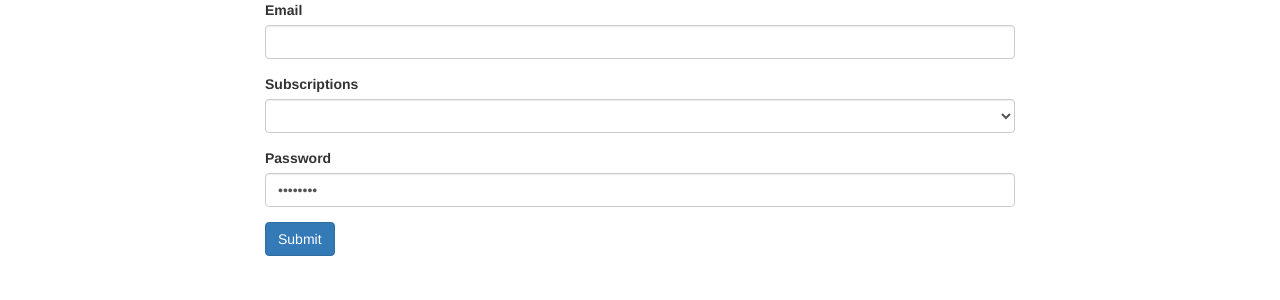
Repository: NikitasX/AngularCourse
Page: / (app in td-forms-assignment/)
These files come from the project's save history. The page is drawn as it stood at one moment and after a run of saves; the edit follows.
The browser window is 1280 px wide. The pictures show the whole page.
The project was rebuilt for these pictures with package versions that can differ from the ones it lists, and the page was loaded fresh each time. Also part of the build but not shown: td-forms-assignment/angular.json.

Above is the page before, as saved 2020-09-25 16:47:10.

After the next 6 saves:
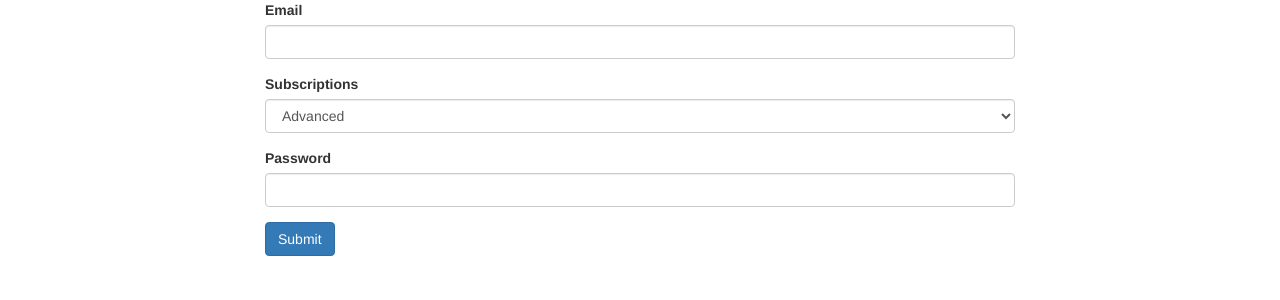
The 6 saves are shown as one change because 3 did not build or start and some came seconds apart.
The last was saved 47 s later.
--- a/td-forms-assignment/src/app/app.component.html
+++ b/td-forms-assignment/src/app/app.component.html
@@ -23,7 +23,7 @@
               class="form-control"
               name="subscription"
               required
-              ngModel
+              [ngModel]="defaultSubscription"
               #sub="ngModel">
                 <option value="basic">Basic</option>
                 <option value="advanced">Advanced</option>
@@ -39,7 +39,7 @@
               name="password"
               class="form-control"
               required
-              [ngModel]="defaultSubscription"
+              ngModel
               #pass="ngModel">
               <p class="alert alert-danger" *ngIf="!pass.valid && pass.touched">Invalid Password!</p>
             </div>
